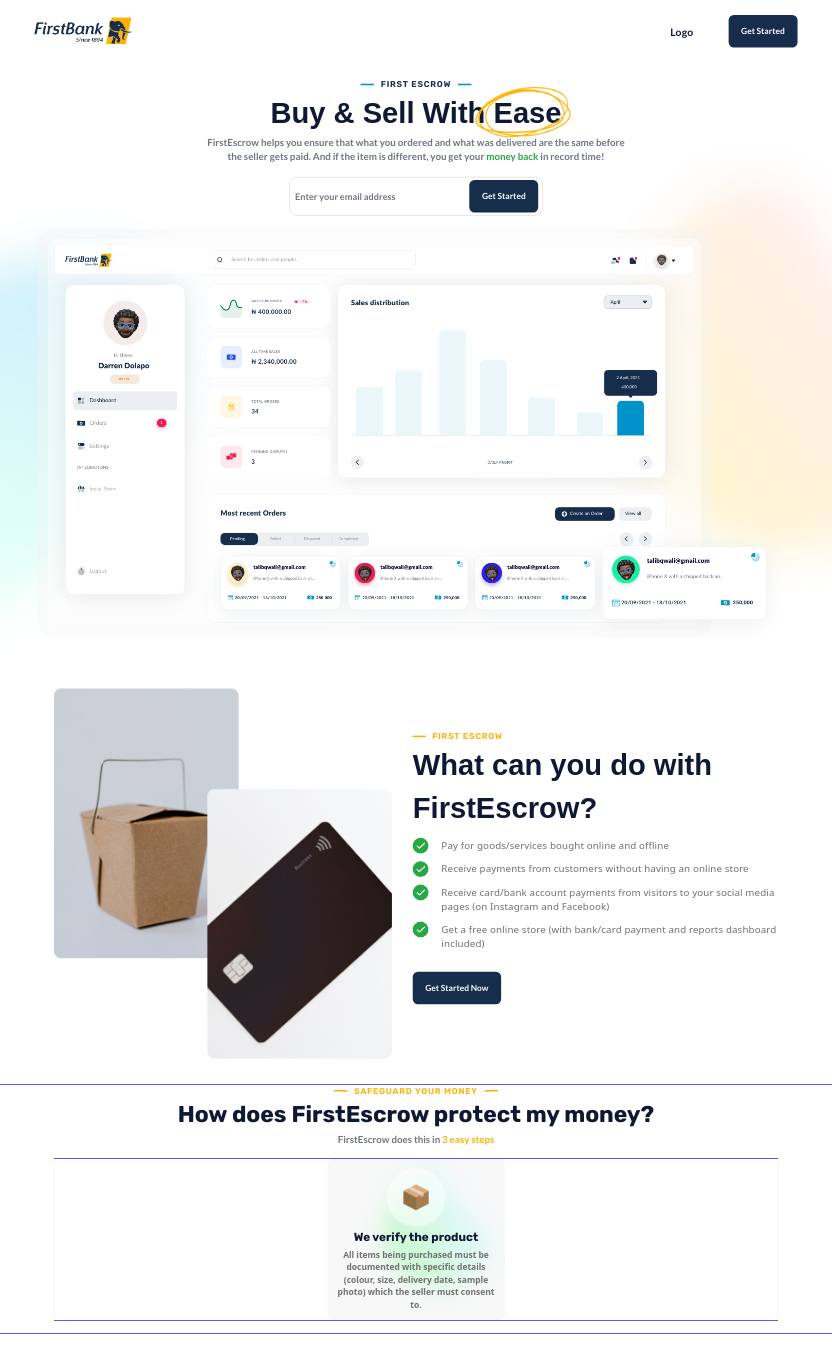
Repository: Pepperest-dev/First_Escrow_Home
Page: index.html
An editor plug-in stored every save of this project. The page is shown before and after the next save, followed by the edit.
The browser window is 1280 px wide. The pictures show the whole page, at 65% of full size.

Above is the page before, as saved 2021-09-26 12:17:38.

### index.html
<!DOCTYPE html>
<html lang="en">
  <head>
    <meta charset="UTF-8" />
    <meta http-equiv="X-UA-Compatible" content="IE=edge" />
    <meta name="viewport" content="width=device-width, initial-scale=1.0" />
    <link rel="stylesheet" href="styles/styles.css" />
    <link rel="stylesheet" href="styles/mobileScreenStyles.css" />
    <link
      href="https://unpkg.com/tailwindcss@^2/dist/tailwind.min.css"
      rel="stylesheet"
    />
    <link
      rel="stylesheet"
      href="https://cdnjs.cloudflare.com/ajax/libs/font-awesome/4.7.0/css/font-awesome.min.css"
    />
    <link rel="preconnect" href="https://fonts.googleapis.com" />
    <link rel="preconnect" href="https://fonts.gstatic.com" crossorigin />
    <link
      href="https://fonts.googleapis.com/css2?family=Lato:wght@100;300;400;700;800&family=Rubik:wght@400;500;600;700&display=swap"
      rel="stylesheet"
    />
    <title>First Escrow</title>
  </head>
  <body>
    <!-- Create a container wrapper to  -->
    <!-- create a container to keep everything contained in a certain width  ##done -->
    <!-- create the Navbar ##Done -->
    <!-- Do the font setup from google fonts  ##Done-->
    <!-- make the navbar responsive  Not done-->
    <!-- create the hero section ##almost -->
    <!-- work on the what can we do or you ssection -->
    <!-- Work on how does first escrow  works-->
    <!-- work on refund is guranteed  section  -->
    <!-- how it works in simple steps section -->
    <!-- work on the footer section -->
    <header class="banner mb-10 overflow-x-hidden overscroll-none">
      <nav
        class="
          h-24
          flex
          justify-between
          items-center
          md:w-11/12 md:p-0
          px-7
          mx-auto
          mb-6
        "
      >
        <a href="/">
          <img
            src="/assets/imgs/firstBank_logo.png"
            alt="First Bank Logo"
            class="BrandLogo cursor-pointer"
          />
        </a>

        <ul class="md:flex hidden w-2/12 h-full justify-between items-center">
          <li class="loginLink"><a href="#">Logo</a></li>
          <li>
            <button class="getStartedBtn hover:drop-shadow-xl">
              Get Started
            </button>
          </li>
        </ul>

        <div id="hambugger" class="hambugger cursor-pointer md:hidden">
          <i id="menuToggler" class="fa fa-2x fa-bars"></i>
        </div>
      </nav>

      <main class="md:w-11/12 mb-3 md:p-0 px-7 mx-auto">
        <article>
          <p
            class="
              text-center
              mx-auto
              flex
              justify-around
              items-center
              firstEscrow
            "
          >
            First Escrow
          </p>
          <h1 class="mainTitle text-center mx-auto">
            Buy & Sell With <span class="">Ease</span>
            <img
              src="/assets/icons/bigEaseElipses.png"
              alt="elipses"
              class="elipses"
            />
          </h1>
          <p class="contentDescription mx-auto">
            FirstEscrow helps you ensure that what you ordered and what was
            delivered are the same before the seller gets paid. And if the item
            is different, you get your
            <span class="greenMoneyText">money back</span> in record time!
          </p>
          <form
            class="
              my-5
              mx-auto
              flex
              justify-between
              items-center
              cursor-pointer
              bannerInputField
            "
          >
            <input
              type="text"
              class="h-full"
              placeholder="Enter your email address"
            />
            <button
              type="submit"
              class="getStartedBtn z-10 hover:drop-shadow-xl"
            >
              Get Started
            </button>
          </form>
        </article>
        <img
          src="/assets/imgs/dashboardMockup.png"
          class="dashboardImg cursor-pointer mx-auto"
          alt="dashboard mockup"
        />
      </main>
    </header>
    <div class="wrapper">
      <section
        class="
          mt-10
          w-11/12
          mx-auto
          overflow-x-hidden
          gap-x-8
          items-center
          flex
          justify-between
          flex-wrap-reverse
          md:flex-nowrap
        "
      >
        <div class="">
          <img
            class="object-contain"
            src="/assets/imgs/bagAndCard.png"
            alt="bag and card"
          />
        </div>
        <div class="">
          <p
            class="text-left flex justify-start items-center yellowFirstEscrow"
          >
            First Escrow
          </p>

          <h1 class="mainTitle">What can you do with FirstEscrow?</h1>

          <ul id="FirstEscrowCanDo"></ul>
          <button class="getStartedBtn hover:drop-shadow-xl my-5">
            Get Started Now
          </button>
        </div>
      </section>
    </div>
    <div class="wrapper outline">
      <section class="mt-10 mb-5 w-11/12 mx-auto overflow-x-hidden">
        <p
          class="
            text-center
            mx-auto
            flex
            justify-around
            items-center
            secondYellowFirstEscrow
          "
        >
          Safeguard Your Money
        </p>

        <h3 class="text-center protectTitle">
          How does FirstEscrow protect my money?
        </h3>
        <p class="contentDescription mx-auto">
          FirstEscrow does this in
          <span class="yellowText">3 easy steps</span>
        </p>

        <div
          id="threeBoxes"
          class="flex justify-around items-center outline my-5"
        >
          <div class="box">
            <div class="boxImage">
              <img src="/assets/imgs/parcelBox.png" alt="" srcset="" />
            </div>
            <p class="boxTitle">We verify the product</p>
            <p class="boxTextContent">
              All items being purchased must be documented with specific details
              (colour, size, delivery date, sample photo) which the seller must
              consent to.
            </p>
          </div>
        </div>
      </section>
    </div>
    <script src="js/app.js"></script>
  </body>
</html>

### Styles/styles.css
* {
  margin: 0;
  padding: 0;
  border: 0;
  font-size: 16px;
  text-decoration: none;
  font: inherit;
  box-sizing: border-box;
}

/* Colors varable declaration */
:root {
  --whiteBgColor: #ffffff;
  --BtnBgColor: #162d4c;
  --lightBlueColor: #0093c9;
  --yellowPrimaryColor: #ffb300;
  --boxesTextColor: #707070;
  --darkBlueTextColor: #101933;
  --bannerTextColor: #707585;
  --lightGreenColor: #28a745;
  --inputFieldBorderColor: #d8dade;
  --footerBackgroundColor: #f6f6f7;
  --footerTextColor: #040c22;
  --latoFontFamily: "Lato", sans-serif;
  --rubikFontFamily: "Rubik", sans-serif;
  --arialFontFamily: "Arial", sans-serif;
}
.wrapper {
  margin-right: auto;
  margin-left: auto;
  max-width: 1440px;
  padding-right: 2rem;
  padding-left: 2rem;
  width: 100%;
  background-color: var(--whiteBgColor);
}

.banner {
  background-image: url(../assets/imgs/overlayBackground.png);
  background-position: center;
  background-repeat: no-repeat;
  background-size: cover;
  object-fit: cover;
}
.dashboardImg {
  width: 100%;
  height: auto;
  overflow-x: hidden;
}

.contentContainer {
}

.BrandLogo {
  width: 150px;
  object-fit: contain;
  height: 45px;
}

.outline {
  outline: 1px solid blue;
}

.loginLink {
  font: normal normal 600 16px/19px Lato;
  letter-spacing: 0.32px;
  font-family: var(--latoFontFamily);
  font-style: normal;
  font-weight: 600;
  color: var(--darkBlueTextColor);
}

.loginLink:hover {
  opacity: 0.8;
  transition: all ease-in-out 350ms;
}

.getStartedBtn {
  border-radius: 8px;
  background-color: var(--BtnBgColor);
  min-width: 100px;
  padding: 0 1.2rem;
  height: 50px;
  color: var(--whiteBgColor);
  font-family: var(--latoFontFamily);
  text-align: center;
  font-size: 13px;
  font-weight: 800;
}

.getStartedBtn:hover {
  opacity: 0.8;
  transition: all ease-in-out 350ms;
}

.yellowFirstEscrow {
  letter-spacing: 1.2px;
  color: var(--yellowPrimaryColor);
  text-transform: uppercase;
  font-family: var(--rubikFontFamily);
  font-size: 13px;
  font-weight: 600;
  width: 150px;
}

.yellowFirstEscrow::before {
  content: "";
  display: flex;
  width: 20px;
  border: 1px solid var(--yellowPrimaryColor);
  background-color: var(--yellowPrimaryColor);
  margin-right: 10px;
}

.secondYellowFirstEscrow {
  letter-spacing: 1.2px;
  color: var(--yellowPrimaryColor);
  text-transform: uppercase;
  font-family: var(--rubikFontFamily);
  font-size: 13px;
  font-weight: 600;
  width: 263px;
}

.secondYellowFirstEscrow::before {
  content: "";
  display: flex;
  width: 20px;
  border: 1px solid var(--yellowPrimaryColor);
  background-color: var(--yellowPrimaryColor);
}
.secondYellowFirstEscrow::after {
  content: "";
  display: flex;
  width: 20px;
  border: 1px solid var(--yellowPrimaryColor);
  background-color: var(--yellowPrimaryColor);
}

.firstEscrow {
  letter-spacing: 1.2px;
  color: var(--BtnBgColor);
  text-transform: uppercase;
  font-family: var(--rubikFontFamily);
  font-size: 13px;
  font-weight: 600;
  width: 180px;
}

.firstEscrow::before {
  content: "";
  display: flex;
  width: 20px;
  border: 1px solid var(--lightBlueColor);
  background-color: var(--lightBlueColor);
}
.firstEscrow::after {
  content: "";
  display: flex;
  width: 20px;
  background-color: var(--lightBlueColor);
  border: 1px solid var(--lightBlueColor);
}
.mainTitle {
  color: var(--darkBlueTextColor);
  font-family: var(--arialFontFamily);
  font-weight: 700;
  font-size: 2.8rem;
  max-width: 600px;
  position: relative;
}

.elipses {
  position: absolute;
  width: 150px;
  top: -11px;
  right: 10%;
}

.contentDescription {
  color: var(--bannerTextColor);
  font-family: var(--latoFontFamily);
  font-weight: 600;
  font-size: 15px;
  text-align: center;
  max-width: 650px;
}

.greenMoneyText {
  color: var(--lightGreenColor);
}

.bannerInputField {
  width: 390px;
  height: 60px;
  border: 1px solid var(--inputFieldBorderColor);
  border-radius: 12px;
  background: var(--whiteBgColor);
  padding: 8px 6px 8px 8px;
}

.bannerInputField input[type="text"] {
  border: none;
  font-family: var(--latoFontFamily);
  font-size: 16px;
  color: var(--bannerTextColor);
  flex: 0.9;
  font-weight: 600;
  outline: none;
}

.bannerInputField input[type="text"]::placeholder {
  font-family: var(--latoFontFamily);
  font-size: 14px;
  font-weight: 600;
  color: var(--bannerTextColor);
}

#FirstEscrowCanDo li {
  color: var(--boxesTextColor);
  letter-spacing: 0.18px;
  text-align: left;
  font-weight: normal;
  font-size: 15px;
}

.protectTitle {
  color: var(--darkBlueTextColor);
  letter-spacing: 0;
  font-family: var(--rubikFontFamily);
  font-weight: bold;
  font-size: 2.2rem;
}
.yellowText {
  color: var(--yellowPrimaryColor);
}
.box {
  width: 280px;
  height: 248px;
  border-radius: 12px;
  background-image: url("/assets/imgs/lightGreenCardBg.png");
  background-repeat: no-repeat;
  background-position: center;
  background-size: contain;
  display: flex;
  flex-direction: column;
  align-items: center;
  justify-content: space-evenly;
  padding: 10px;
}

.boxImage {
  width: 90px;
  background-color: transparent;
}

.boxTitle {
  color: var(--darkBlueTextColor);
  letter-spacing: 0;
  font-family: var(--rubikFontFamily);
  text-align: center;
  font-size: 18px;
  font-weight: 700;
}

.boxTextContent {
  text-align: center;
  color: var(--boxesTextColor);
  font-size: 13px;
  font-weight: 600;
  width: 95%;
}

### Styles/mobileScreenStyles.css
@media screen and (max-width: 600px) {
  .banner {
    background-size: contain;
  }
  .dashboardImg {
    width: 500px;
    height: auto;
  }

  .BrandLogo {
    width: 100px;
  }

  .toggle {
    transition: opacity ease-in-out;
  }

  .elipses {
    position: absolute;
    width: 150px;
    top: 40%;
    right: 9%;
  }
}

### Js/app.js
const escrow = {
  firstEscrowList: [
    {
      icon: "/assets/icons/greenChecked.png",
      text: "Pay for goods/services bought online and offline",
    },
    {
      icon: "/assets/icons/greenChecked.png",
      text: "Receive payments from customers without having an online store",
    },
    {
      icon: "/assets/icons/greenChecked.png",
      text: "Receive card/bank account payments from visitors to your social media pages (on Instagram and Facebook)",
    },
    {
      icon: "/assets/icons/greenChecked.png",
      text: "Get a free online store (with bank/card payment and reports dashboard included)",
    },
  ],
  threeBoxContent: [
    {
      imgUrl: "/assets/imgs/parcelBox.png",
      bgImgUrl: "/assets/imgs/darkGreenCardBg.png",
      boxTitle: "We verify the product",
      boxTextContent:
        "All items being purchased must be documented with specific details (colour, size, delivery date, sample photo) which the seller must consent to.",
    },
    {
      imgUrl: "/assets/imgs/dollarCurrency.png",
      bgImgUrl: "/assets/imgs/yellowCardBg.png",
      boxTitle: "We protect your funds",
      boxTextContent:
        "All money paid is held in trust by FirstEscrow until the buyer has confirmed satisfaction with items delivered.",
    },
    {
      imgUrl: "/assets/imgs/greenShield.png",
      bgImgUrl: "/assets/imgs/lightGreenCardBg.png",
      boxTitle: "Describe the items",
      boxTextContent:
        "We only release money based on the instruction of the buyer. If the item does not meet the agreed expectation, the buyer has the right to stop release of funds to the seller.",
    },
  ],
};
Object.freeze(escrow);
document.addEventListener(
  "DomContentLoaded",
  (function () {
    console.log(escrow, "escrow, content");
    const hambugger = document.querySelector("#hambugger");
    const menu = document.querySelector("#menuToggler");
    const escrowCanDo = document.querySelector("#FirstEscrowCanDo");

    let returnedList = escrow.firstEscrowList
      .map(
        (list) =>
          `<li class="flex items-start my-3 justify-start"><img  src=${list.icon} alt="checked icon" class="mr-5 h-6 w-6" /> ${list.text}</li>`
      )
      .join(" ");

    escrowCanDo.innerHTML = returnedList;

    hambugger.addEventListener("click", () => {
      if (menu.classList.contains("fa-bars")) {
        menu.classList.remove("fa-bars");
        menu.classList.add("fa-times");
      } else if (menu.classList.contains("fa-times")) {
        menu.classList.remove("fa-times");
        menu.classList.add("fa-bars");
      }
      hambugger.classList.toggle("toggle");
    });
  })()
);

After the next save:
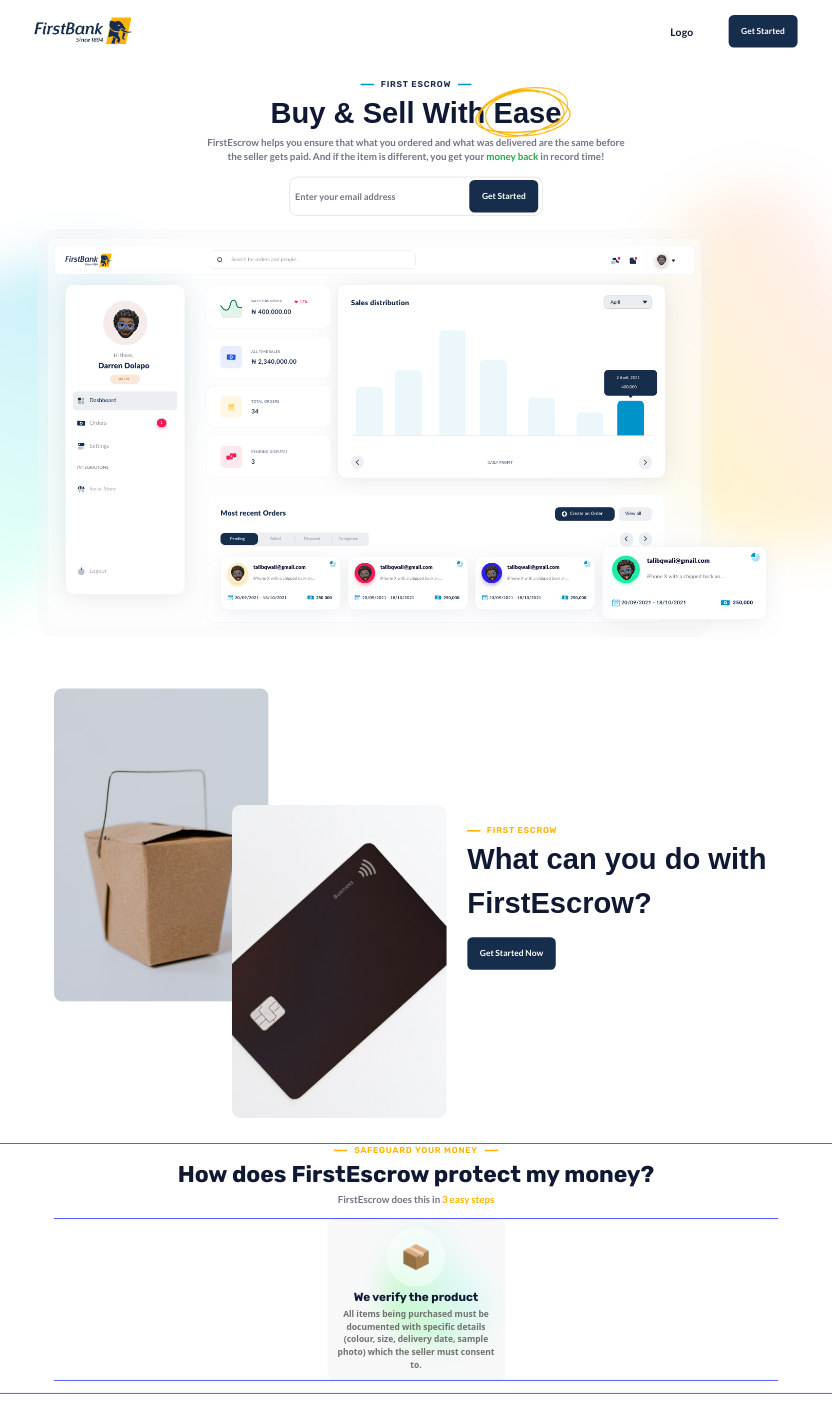
Console error: SyntaxError: Identifier 'escrowCanDo' has already been declared
Saved 39 s later.
--- a/Js/app.js
+++ b/Js/app.js
@@ -49,6 +49,7 @@
     const hambugger = document.querySelector("#hambugger");
     const menu = document.querySelector("#menuToggler");
     const escrowCanDo = document.querySelector("#FirstEscrowCanDo");
+    const escrowCanDo = document.querySelector("#FirstEscrowCanDo");
 
     let returnedList = escrow.firstEscrowList
       .map(

After the save that followed:
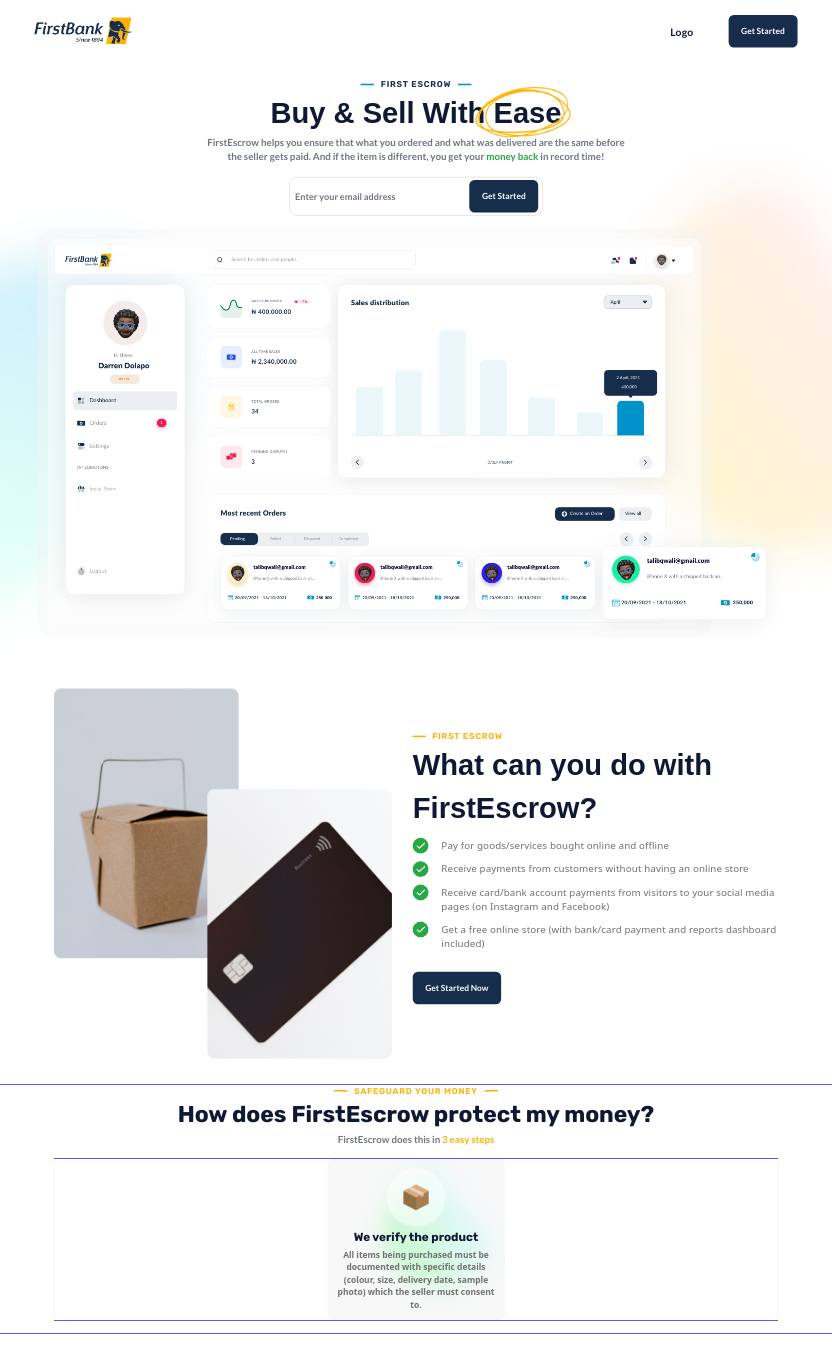
The error is gone.
Saved 11 s later.
--- a/Js/app.js
+++ b/Js/app.js
@@ -49,7 +49,7 @@
     const hambugger = document.querySelector("#hambugger");
     const menu = document.querySelector("#menuToggler");
     const escrowCanDo = document.querySelector("#FirstEscrowCanDo");
-    const escrowCanDo = document.querySelector("#FirstEscrowCanDo");
+    const threeBoxes = document.querySelector("#threeBoxes");
 
     let returnedList = escrow.firstEscrowList
       .map(
